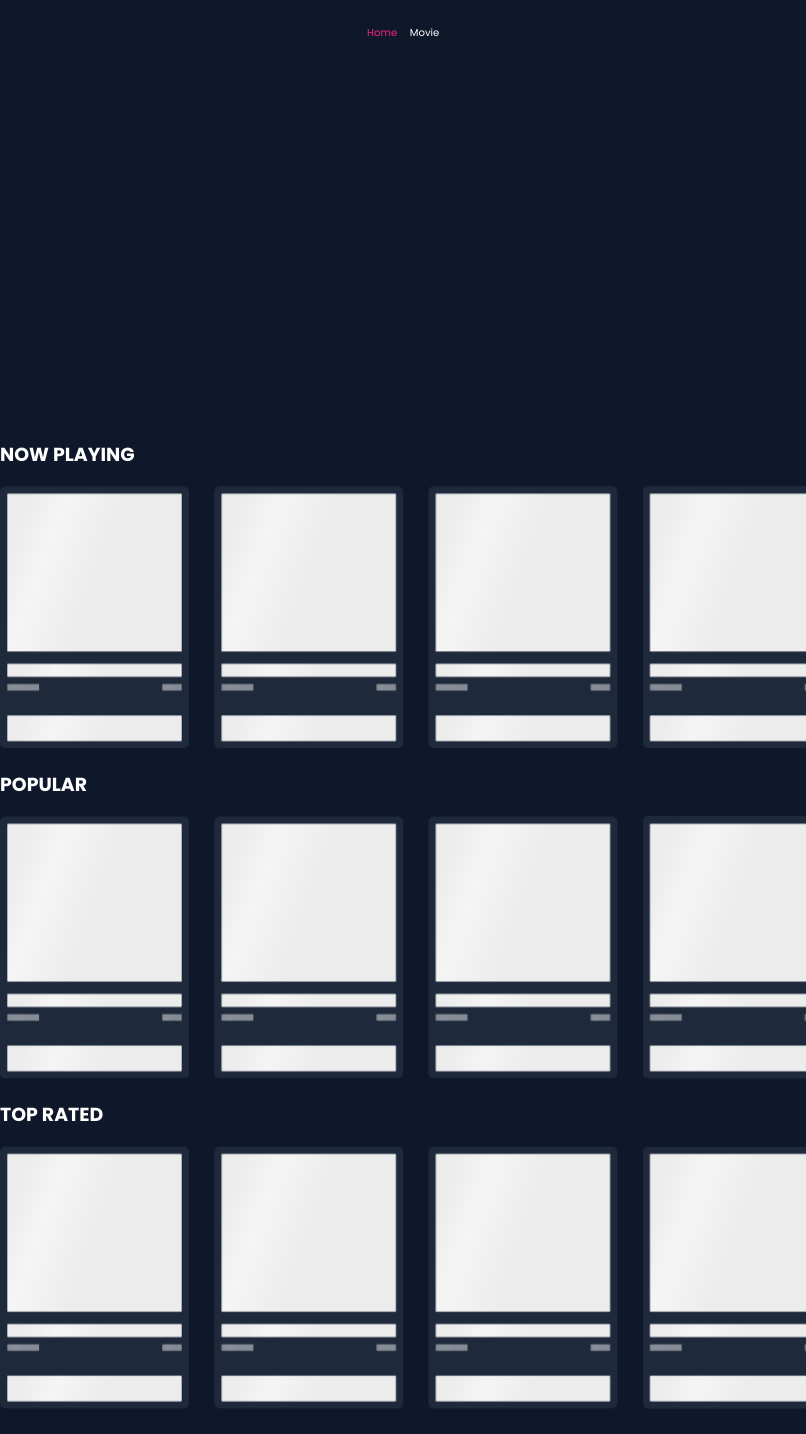
Repository: HoangLong0210/MovieWithTheMovieDb
Page: /
An editor plug-in stored every save of this project. The page is shown before and after a run of saves, followed by the edit.
The browser window is 1280 px wide. The pictures show the whole page, at 63% of full size.
The page's requests for data from a server got no answer. The project was rebuilt for these pictures with package versions that can differ from the ones it lists, and the page was loaded fresh each time. No one was signed in, and anything a server would have sent is missing. Also part of the build but not shown: src/components/button/Button.js, src/components/banner/BannerItem.js.

Above is the page before, as saved 2023-04-30 13:46:43.

### public/index.html
<!DOCTYPE html>
<html lang="en">
  <head>
    <meta charset="utf-8" />
    <link rel="icon" href="%PUBLIC_URL%/favicon.ico" />
    <meta name="viewport" content="width=device-width, initial-scale=1" />
    <meta name="theme-color" content="#000000" />
    <meta
      name="description"
      content="Web site created using create-react-app"
    />
    <link rel="apple-touch-icon" href="%PUBLIC_URL%/logo192.png" />
    <!--
      manifest.json provides metadata used when your web app is installed on a
      user's mobile device or desktop. See https://developers.google.com/web/fundamentals/web-app-manifest/
    -->
    <link rel="manifest" href="%PUBLIC_URL%/manifest.json" />
    <link rel="preconnect" href="https://fonts.googleapis.com" />
    <link rel="preconnect" href="https://fonts.gstatic.com" crossorigin />
    <link
      href="https://fonts.googleapis.com/css2?family=Poppins:wght@400;500;700;800;900&display=swap"
      rel="stylesheet"
    />

    <!--
      Notice the use of %PUBLIC_URL% in the tags above.
      It will be replaced with the URL of the `public` folder during the build.
      Only files inside the `public` folder can be referenced from the HTML.

      Unlike "/favicon.ico" or "favicon.ico", "%PUBLIC_URL%/favicon.ico" will
      work correctly both with client-side routing and a non-root public URL.
      Learn how to configure a non-root public URL by running `npm run build`.
    -->
    <title>React App</title>
  </head>
  <body>
    <noscript>You need to enable JavaScript to run this app.</noscript>
    <div id="root"></div>
    <!--
      This HTML file is a template.
      If you open it directly in the browser, you will see an empty page.

      You can add webfonts, meta tags, or analytics to this file.
      The build step will place the bundled scripts into the <body> tag.

      To begin the development, run `npm start` or `yarn start`.
      To create a production bundle, use `npm run build` or `yarn build`.
    -->
  </body>
</html>

### src/index.scss
@tailwind base;
@tailwind components;
@tailwind utilities;

@layer base {
  body {
    @apply bg-slate-900 font-body text-white select-none;
  }
}

@layer components {
  .page-container {
    max-width: 1280px;
    @apply mx-auto;
  }
  .page-container-fluid {
    max-width: 1440px;
    @apply mx-auto;
  }
  .movie-list .swiper-slide {
    width: 300px;
    height: auto;
  }
  .banner .swiper {
    height: 100%;
  }
}

//pagination
.pagination {
  display: flex;
  align-items: center;
  justify-content: center;
  gap: 20px;
  .selected {
    @apply text-primary;
  }
}

//loading skeleton
.skeleton {
  background-color: #eee;
  background-image: linear-gradient(
    110deg,
    #ececec 8%,
    #f5f5f5 18%,
    #ececec 33%
  );
  background-size: 200% 100%;
  animation: 1.5s shine linear infinite;
}
@keyframes shine {
  to {
    background-position-x: -200%;
  }
}

### src/App.js
import { Fragment, lazy, Suspense } from "react";
import Banner from "./components/banner/Banner";
import "swiper/scss";
import { Route, Routes } from "react-router-dom";
import Main from "./components/layout/Main";

const HomePage = lazy(() => import("./pages/HomePage"));
const MoviePage = lazy(() => import("./pages/MoviePage"));
const MovieDetailsPage = lazy(() => import("./pages/MovieDetailsPage"));

function App() {
  return (
    <Fragment>
      <Suspense fallback={<></>}>
        <Routes>
          <Route element={<Main></Main>}>
            <Route
              path="/"
              element={
                <>
                  <Banner></Banner>
                  <HomePage></HomePage>
                </>
              }
            ></Route>
            <Route path="/movie" element={<MoviePage></MoviePage>}></Route>
            <Route
              path="/movie/:movieId"
              element={<MovieDetailsPage></MovieDetailsPage>}
            ></Route>
          </Route>
        </Routes>
      </Suspense>
    </Fragment>
  );
}

export default App;

### src/components/banner/Banner.js
import React from "react";
import { fetcher, tmdbAPI } from "../../config";
import useSWR from "swr";
import { Swiper, SwiperSlide } from "swiper/react";
import BannerItem from "./BannerItem";

const Banner = () => {
  const { data } = useSWR(tmdbAPI.getMovieList("upcoming"), fetcher);
  const movie = data?.results || [];

  return (
    <section className="banner h-[500px] page-container mb-20 overflow-hidden">
      <Swiper grabCursor={true} slidesPerView={"auto"}>
        {movie.length > 0 &&
          movie.map((item) => (
            <SwiperSlide key={item.id}>
              <BannerItem data={item}></BannerItem>
            </SwiperSlide>
          ))}
      </Swiper>
    </section>
  );
};

export default Banner;

### src/components/layout/Main.js
import React, { Fragment } from "react";
import Header from "./Header";
import { Outlet } from "react-router-dom";

const Main = () => {
  return (
    <Fragment>
      <Header></Header>
      <Outlet></Outlet>
    </Fragment>
  );
};

export default Main;

### src/pages/HomePage.js
import React, { Fragment } from "react";
import MovieList from "../components/movie/MovieList";

const HomePage = () => {
  return (
    <Fragment>
      <section className="movie-layout page-container-fluid pb-10 text-white">
        <h2 className="capitalize text-white mb-8 text-3xl font-bold">
          NOW PLAYING
        </h2>
        <MovieList></MovieList>
      </section>
      <section className="movie-layout page-container-fluid pb-10 text-white">
        <h2 className="capitalize text-white mb-8 text-3xl font-bold">
          POPULAR
        </h2>
        <MovieList type="popular"></MovieList>
      </section>
      <section className="movie-layout page-container-fluid pb-10 text-white">
        <h2 className="capitalize text-white mb-8 text-3xl font-bold">
          TOP RATED
        </h2>
        <MovieList type="top_rated"></MovieList>
      </section>
    </Fragment>
  );
};

export default HomePage;

### src/config.js
export const fetcher = (...args) => fetch(...args).then((res) => res.json());
export const apiKey = "a58d8f2dcc2e162008480323ba82d932";
const tmdbMovie = "https://api.themoviedb.org/3/movie";
export const tmdbAPI = {
  getMovieList: (type) => `${tmdbMovie}/${type}?api_key=${apiKey}`,
  getMovieDetails: (movieId) => `${tmdbMovie}/${movieId}?api_key=${apiKey}`,
  getMovieMeta: (movieId, type) =>
    `${tmdbMovie}/${movieId}/${type}?api_key=${apiKey}`,
  imageOriginal: (url) => `https://image.tmdb.org/t/p/original${url}`,
};

### src/components/layout/Header.js
import React from "react";
import { NavLink } from "react-router-dom";

const Header = () => {
  return (
    <header className="header flex items-center justify-center gap-x-5 py-10 text-white mb-5">
      <NavLink
        to="/"
        className={({ isActive }) => (isActive ? "text-primary" : "")}
      >
        Home
      </NavLink>
      <NavLink
        to="/movie"
        className={({ isActive }) => (isActive ? "text-primary" : "")}
      >
        Movie
      </NavLink>
    </header>
  );
};

export default Header;

### src/components/movie/MovieList.js
import React, { useEffect, useState } from "react";
import { Swiper, SwiperSlide } from "swiper/react";
import MovieCard, { MovieCardSkeleton } from "./MovieCard";
import useSWR from "swr";
import { fetcher, tmdbAPI } from "../../config";

const MovieList = ({ type = "now_playing" }) => {
  const [movie, setMovie] = useState([]);
  const { data, error } = useSWR(tmdbAPI.getMovieList(type), fetcher);
  const isLoading = !data && !error;
  useEffect(() => {
    if (data && data.results) {
      setMovie(data.results);
    }
  }, [data]);
  return (
    <div className="movie-list">
      {!isLoading && (
        <>
          <Swiper grabCursor={true} spaceBetween={40} slidesPerView={"auto"}>
            <SwiperSlide>
              <MovieCardSkeleton></MovieCardSkeleton>
            </SwiperSlide>
            <SwiperSlide>
              <MovieCardSkeleton></MovieCardSkeleton>
            </SwiperSlide>
            <SwiperSlide>
              <MovieCardSkeleton></MovieCardSkeleton>
            </SwiperSlide>
            <SwiperSlide>
              <MovieCardSkeleton></MovieCardSkeleton>
            </SwiperSlide>
            <SwiperSlide>
              <MovieCardSkeleton></MovieCardSkeleton>
            </SwiperSlide>
          </Swiper>
        </>
      )}
      <Swiper grabCursor={true} spaceBetween={40} slidesPerView={"auto"}>
        {movie.length > 0 &&
          movie.map((item) => (
            <SwiperSlide key={item.id}>
              <MovieCard data={item}></MovieCard>
            </SwiperSlide>
          ))}
      </Swiper>
    </div>
  );
};

export default MovieList;

### src/components/movie/MovieCard.js
import React from "react";
import { useNavigate } from "react-router-dom";
import Button from "../button/Button";
import { tmdbAPI } from "../../config";
import LoadingSkeleton from "../loading/LoadingSkeleton";

const MovieCard = ({ data }) => {
  const navigate = useNavigate();
  return (
    <div className="movie-card flex flex-col rounded-lg p-3 bg-slate-800 select-none text-white h-full">
      <img
        src={tmdbAPI.imageOriginal(data.poster_path)}
        alt=""
        className="w-full h-[300px] object-cover rounded-lg mb-5"
      />
      <div className="flex flex-col flex-1">
        <h3 className="text-white text-xl font-bold mb-3">{data.title}</h3>
        <div className="flex items-center justify-between text-sm opacity-50 mb-10">
          <span>{new Date(data.release_date).getFullYear()}</span>
          <span>{data.vote_average}</span>
        </div>
        <Button onClick={() => navigate(`/movie/${data.id}`)}>WATCH NOW</Button>
      </div>
    </div>
  );
};

export default MovieCard;

export const MovieCardSkeleton = () => {
  return (
    <div className="movie-card flex flex-col rounded-lg p-3 bg-slate-800 select-none text-white h-full">
      <LoadingSkeleton
        width="100%"
        height="250px"
        radius="8px"
        className="mb-5"
      ></LoadingSkeleton>
      <div className="flex flex-col flex-1">
        <h3 className="text-white text-xl font-bold mb-3">
          <LoadingSkeleton width="100%" height="20px"></LoadingSkeleton>
        </h3>
        <div className="flex items-center justify-between text-sm opacity-50 mb-10">
          <span>
            {" "}
            <LoadingSkeleton width="50px" height="10px"></LoadingSkeleton>
          </span>
          <span>
            {" "}
            <LoadingSkeleton width="30px" height="10px"></LoadingSkeleton>
          </span>
        </div>
        <LoadingSkeleton
          width="100%"
          height="40px"
          radius="6px"
        ></LoadingSkeleton>
      </div>
    </div>
  );
};

### src/components/loading/LoadingSkeleton.js
import React from "react";

const LoadingSkeleton = (props) => {
  console.log("LoadingSkeleton ~ props:", props);
  return (
    <div
      className={`skeleton ${props.className}`}
      style={{
        height: props.height || "100%",
        width: props.width || "100%",
        borderRadius: props.borderRadius,
      }}
    ></div>
  );
};

export default LoadingSkeleton;

### tailwind.config.js
/** @type {import('tailwindcss').Config} */
module.exports = {
  content: ["./src/**/*.{js,jsx,ts,tsx}"],
  theme: {
    extend: {
      fontFamily: {
        body: ["Poppins", "sans-serif"],
      },
      colors: {
        primary: "#F62682",
        secondary: "#6F5CF1",
      },
    },
  },
  plugins: [],
};

Loaded but not shown: src/index.js (common file); src/reportWebVitals.js (common file)

After the next 2 saves:
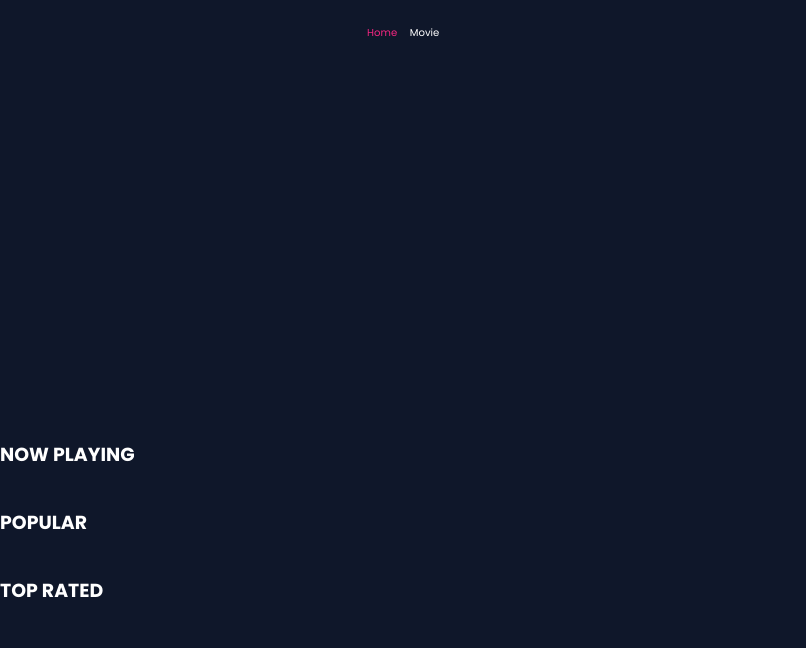
The 2 saves are shown as one change because 1 did not build or start.
The last was saved 53 s later.
--- a/src/components/movie/MovieList.js
+++ b/src/components/movie/MovieList.js
@@ -15,7 +15,7 @@
   }, [data]);
   return (
     <div className="movie-list">
-      {!isLoading && (
+      {isLoading && (
         <>
           <Swiper grabCursor={true} spaceBetween={40} slidesPerView={"auto"}>
             <SwiperSlide>
@@ -36,14 +36,16 @@
           </Swiper>
         </>
       )}
-      <Swiper grabCursor={true} spaceBetween={40} slidesPerView={"auto"}>
-        {movie.length > 0 &&
-          movie.map((item) => (
-            <SwiperSlide key={item.id}>
-              <MovieCard data={item}></MovieCard>
-            </SwiperSlide>
-          ))}
-      </Swiper>
+      {!isLoading && (
+        <Swiper grabCursor={true} spaceBetween={40} slidesPerView={"auto"}>
+          {movie.length > 0 &&
+            movie.map((item) => (
+              <SwiperSlide key={item.id}>
+                <MovieCard data={item}></MovieCard>
+              </SwiperSlide>
+            ))}
+        </Swiper>
+      )}
     </div>
   );
 };
